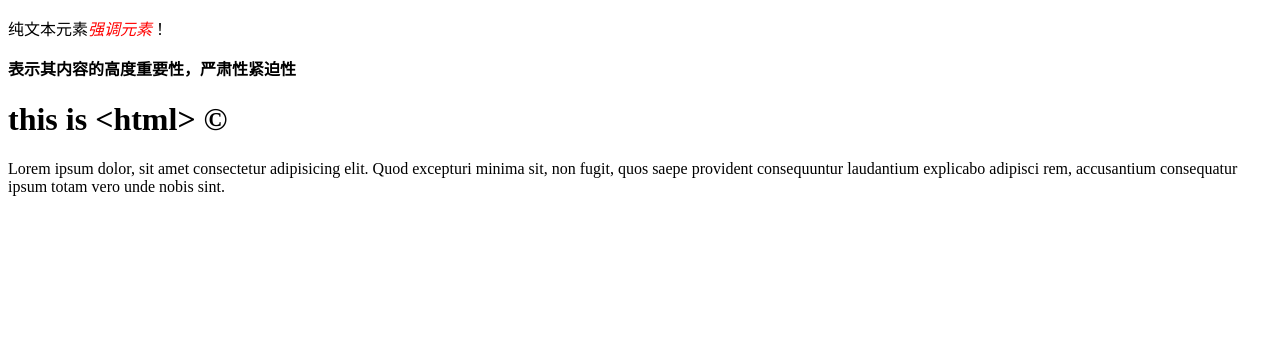
Repository: zyq1120/vscode
Page: HTML/index_01.html
The author's editor kept a copy of each file at every save. The page is drawn from the files as they stood at one save, then again after the next save.
The browser window is 1280 px wide. The pictures show the whole page.

Above is the page before, as saved 2024-09-25 22:09:30.

### HTML/index_01.html
<!DOCTYPE html>
<html lang="en">
<head>
    <meta charset="UTF-8">
    <meta name="viewport" content="width=device-width, initial-scale=1.0">
    <meta name="description" content="......">
    <meta name="keywords" content="html">
    <title>Document</title>
    <style>
        em{
            color: red;
        }
    </style>
</head>
<body>



    <p>纯文本元素<em>强调元素</em>！</p>
    <p><strong>表示其内容的高度重要性，严肃性紧迫性</strong></p>
    <h1>this is &lt;html&gt;  &copy;</h1>
    <p>Lorem ipsum dolor, sit amet consectetur adipisicing elit. Quod excepturi minima sit, non fugit, quos saepe provident consequuntur laudantium explicabo adipisci rem, accusantium consequatur ipsum totam vero unde nobis sint.</p>


</body>
</html>

After the next save:
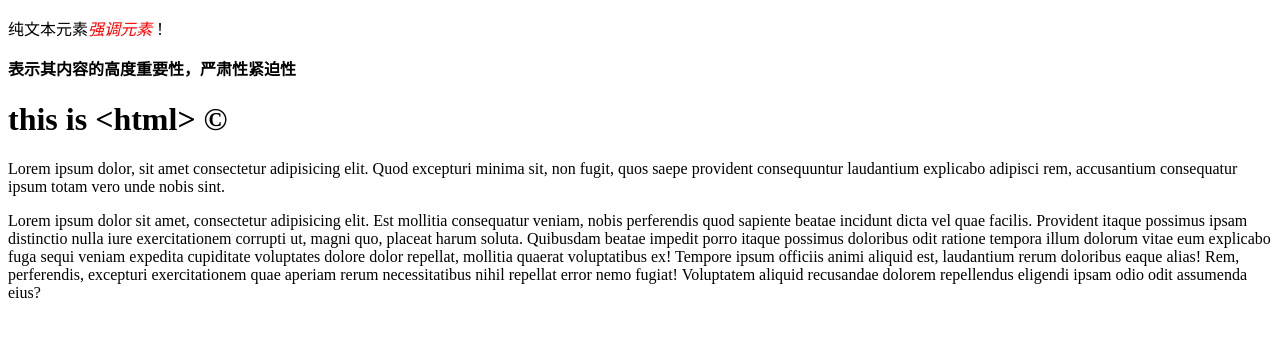
Saved 27 s later.
--- a/HTML/index_01.html
+++ b/HTML/index_01.html
@@ -20,7 +20,7 @@
     <p><strong>表示其内容的高度重要性，严肃性紧迫性</strong></p>
     <h1>this is &lt;html&gt;  &copy;</h1>
     <p>Lorem ipsum dolor, sit amet consectetur adipisicing elit. Quod excepturi minima sit, non fugit, quos saepe provident consequuntur laudantium explicabo adipisci rem, accusantium consequatur ipsum totam vero unde nobis sint.</p>
-
+<p>Lorem ipsum dolor sit amet, consectetur adipisicing elit. Est mollitia consequatur veniam, nobis perferendis quod sapiente beatae incidunt dicta vel quae facilis. Provident itaque possimus ipsam distinctio nulla iure exercitationem corrupti ut, magni quo, placeat harum soluta. Quibusdam beatae impedit porro itaque possimus doloribus odit ratione tempora illum dolorum vitae eum explicabo fuga sequi veniam expedita cupiditate voluptates dolore dolor repellat, mollitia quaerat voluptatibus ex! Tempore ipsum officiis animi aliquid est, laudantium rerum doloribus eaque alias! Rem, perferendis, excepturi exercitationem quae aperiam rerum necessitatibus nihil repellat error nemo fugiat! Voluptatem aliquid recusandae dolorem repellendus eligendi ipsam odio odit assumenda eius?</p>
 
 </body>
 </html>
